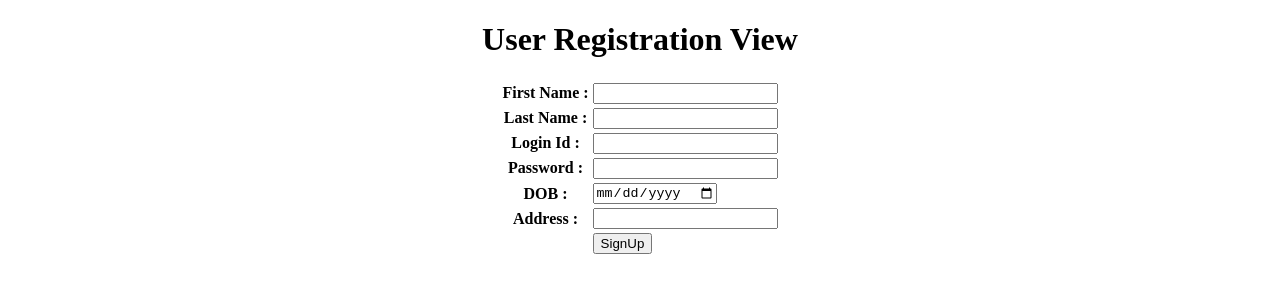
Repository: HimanshuJain1991/ProjectModuleUseCase
Page: http://localhost/Practice/UserRegistrationView.jsp
The author's editor kept a copy of each file at every save. The page is drawn from the files as they stood at one save, then again after the next save.
The browser window is 1280 px wide. The pictures show the whole page.
The page is served by Tomcat 9.

Above is the page before, as saved 2024-02-27 11:12:37.

After the next save:
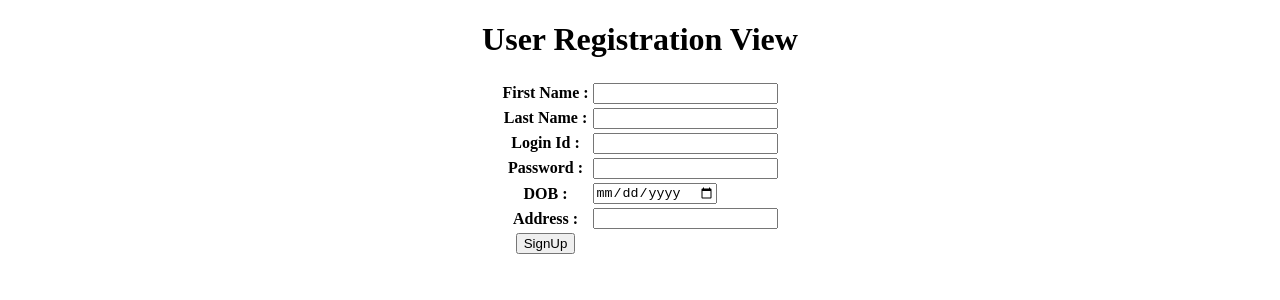
Saved 16 s later.
--- a/Practice/src/main/webapp/UserRegistrationView.jsp
+++ b/Practice/src/main/webapp/UserRegistrationView.jsp
@@ -46,8 +46,8 @@
 
 			</tr>
 			<tr>
-				<th></th>
-				<td><button type="submit" name="operation" >SignUp</button></td>
+				<th><button type="submit" name="operation" >SignUp</button></th>
+				<td></td>
 
 			</tr>
 

After the save that followed:
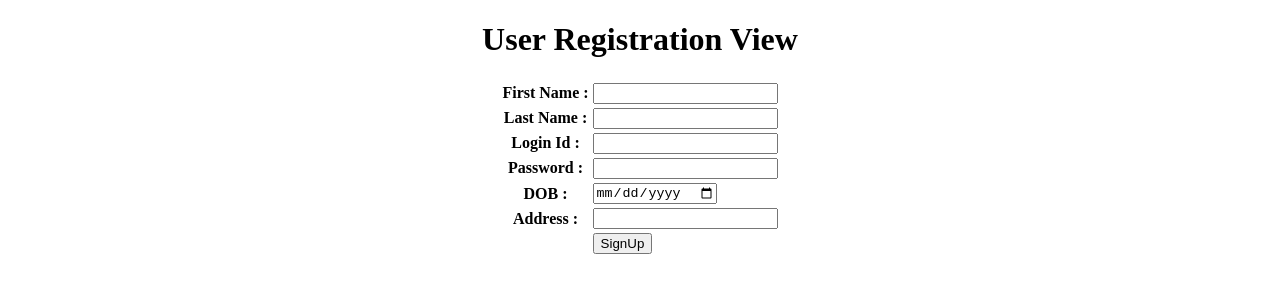
Saved 11 s later.
--- a/Practice/src/main/webapp/UserRegistrationView.jsp
+++ b/Practice/src/main/webapp/UserRegistrationView.jsp
@@ -46,8 +46,8 @@
 
 			</tr>
 			<tr>
-				<th><button type="submit" name="operation" >SignUp</button></th>
-				<td></td>
+				<th></th>
+				<td><button type="submit" name="operation" >SignUp</button></td>
 
 			</tr>
 
